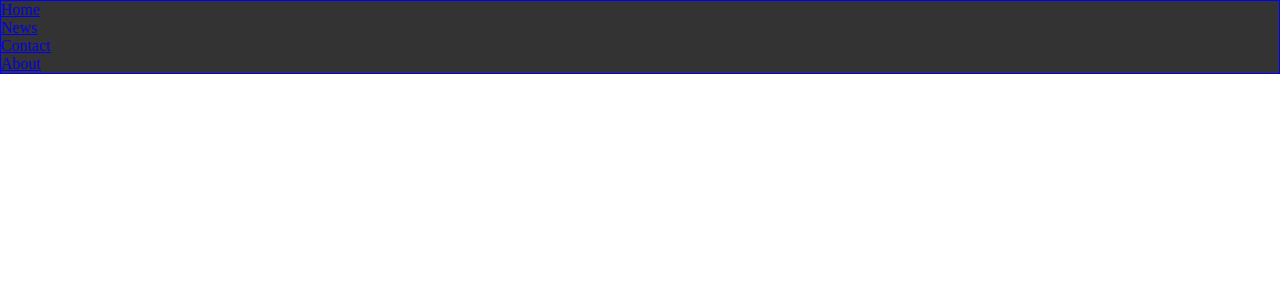
Repository: msgggg1/webPro
Page: webPro/src/main/webapp/html/days04/ex02_review.html
The author's editor kept a copy of each file at every save. The page is drawn from the files as they stood at one save, then again after the next save.
The browser window is 1280 px wide. The pictures show the whole page.

Above is the page before, as saved 2025-04-24 13:50:26.

### webPro/src/main/webapp/html/days04/ex02_review.html
<!DOCTYPE html>
<html>
<head>
<meta charset="UTF-8">
<title>Insert title here</title>
<link rel="shortcut icon" type="image/x-icon" href="http://localhost/webPro/images/SiSt.ico">
<script src="https://ajax.googleapis.com/ajax/libs/jquery/3.7.1/jquery.min.js"></script>
<style>
	html,body{
		padding: 0;
		margin: 0;
	}

	ul#main{
		border: solid 1px blue;
		background-color: #333;
		list-style-type: none;
		padding:0;
		margin: 0;
	}
</style>
</head>
<body>
	<ul id="main">
		<li><a href="#">Home</a></li>
		<li><a href="#" class="active">News</a></li>
		<li><a href="#">Contact</a></li>
		<li><a href="#">About</a></li>
	</ul>



</body>
</html>

After the next save:
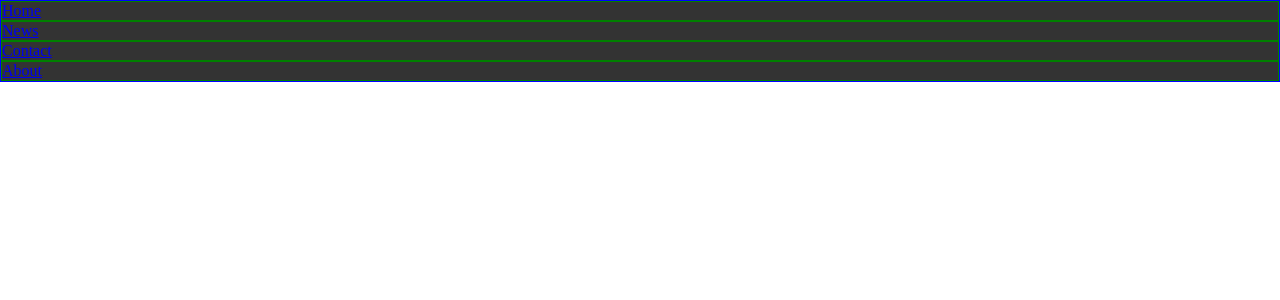
Saved 112 s later.
--- a/webPro/src/main/webapp/html/days04/ex02_review.html
+++ b/webPro/src/main/webapp/html/days04/ex02_review.html
@@ -18,6 +18,11 @@
 		padding:0;
 		margin: 0;
 	}
+
+	ul#main li{
+		border: solid 1px green;
+	}
+
 </style>
 </head>
 <body>
